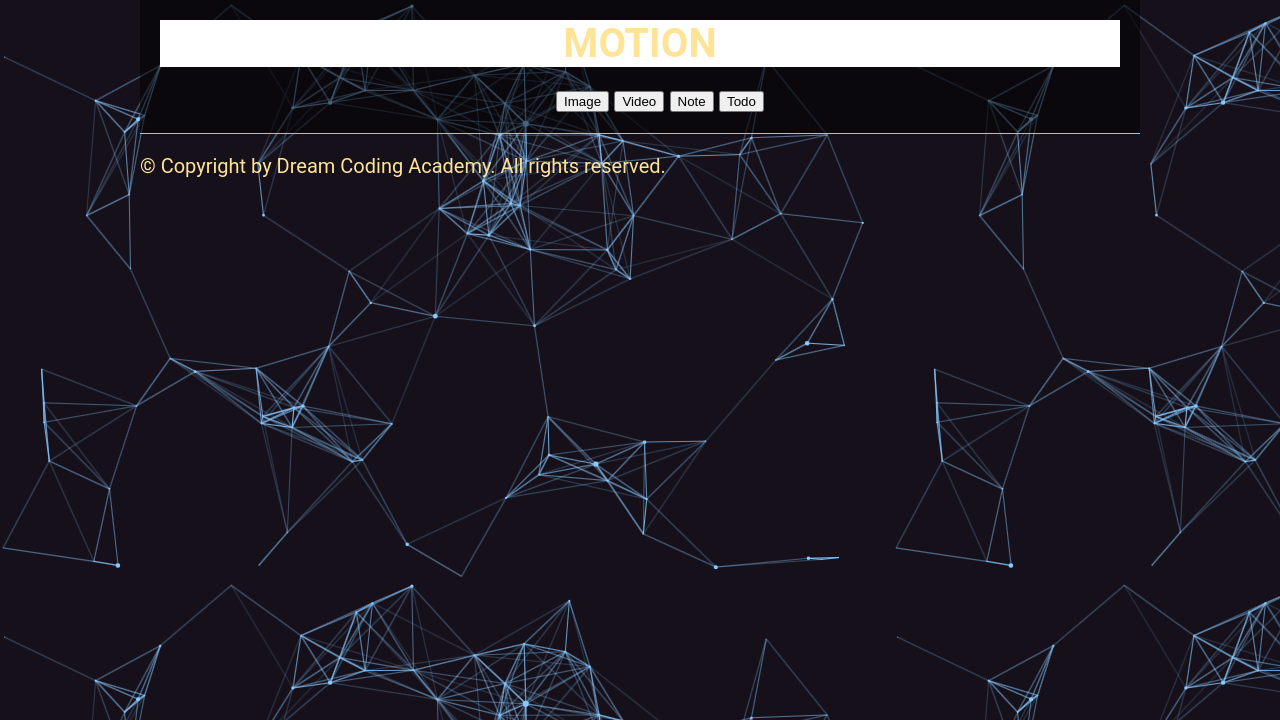
Repository: chefkuna/Motion
Page: index.html
An editor plug-in stored every save of this project. The page is shown before and after the next save, followed by the edit.
The browser window is 1280 px wide. The pictures show the whole page.

Above is the page before, as saved 2022-08-21 14:44:55.

### index.html
<!DOCTYPE html>
<html lang="en">
<head>
  <meta charset="UTF-8">
  <meta http-equiv="X-UA-Compatible" content="IE=edge">
  <meta name="viewport" content="width=device-width, initial-scale=1.0">
  <title>Motion</title>
  <link rel="stylesheet" href="./style/style.css">
  <script src='./dist/app.js' defer></script>
</head>
<body>
  <div class="app">
    <header class='banner'>
      <h1 class="banner__title">MOTION</h1>
      <ul class="control-panel">
        <li><button id='new-image' class="create-button">Image</button></li>
        <li><button id='new-video' class="create-button">Video</button></li>
        <li><button id='new-note' class="create-button">Note</button></li>
        <li><button id='new-todo' class="create-button">Todo</button></li>
      </ul>
    </header>
    <main class='document'></main>
    <footer class="footer">
      <p>© Copyright by Dream Coding Academy. All rights reserved.</p>
    </footer>
  </div>

</body>
</html>

### style/style.css
:root {
  --bg-main-color: #00000080;
  --bg-accent-color: #89c9ff;
  --accent-color: #1b98ff;
  --text-accent-color: #ffe498;
  --text-edit-bg-color: #575757;
  --border-color: #3f3f3f;
  --shadow-color: #202020;
  --document-bg-color: #68686850;
  --component-bg-gradient: radial-gradient(circle, #646464e6 0%, #363636e6 100%);
  --smokywhite: #dddbd8;
  --black: #000000;
  --translucent-black: #00000099;
}



li {
  list-style: none;
  padding-left: 0;
}

p {
  color: var(--text-accent-color);
}

body {
  background: url('../assets/background.png');
  font-family: Roboto, Oxygen, sans-serif;
  display: flex;
  justify-content: center;
  height: 100vh;
  overflow: auto;
  font-size: 1.25rem;
  margin: 0;
}

.app {
  width: 100%;
  max-width: 1000px;
  height: 100%;
  display: flex;
  flex-direction: column;
}

.banner {
  background-color: var(--bg-main-color);
  border-bottom: 1px solid var(--bg-accent-color);
  text-align: center;
}

.banner__title {
  background-color: #fff;
  color: var(--text-accent-color);
  margin: 20px;
  text-align: center;
}

.control-panel {
  display: flex;
  align-items: center;
  justify-content: center;
}

.create-button {
  margin: 0.1em 0.2em;
  text-align: center;
  user-select: none;
}

Loaded but not shown: dist/app.js (no copy from this time; the picture is the same without it)

After the next save:
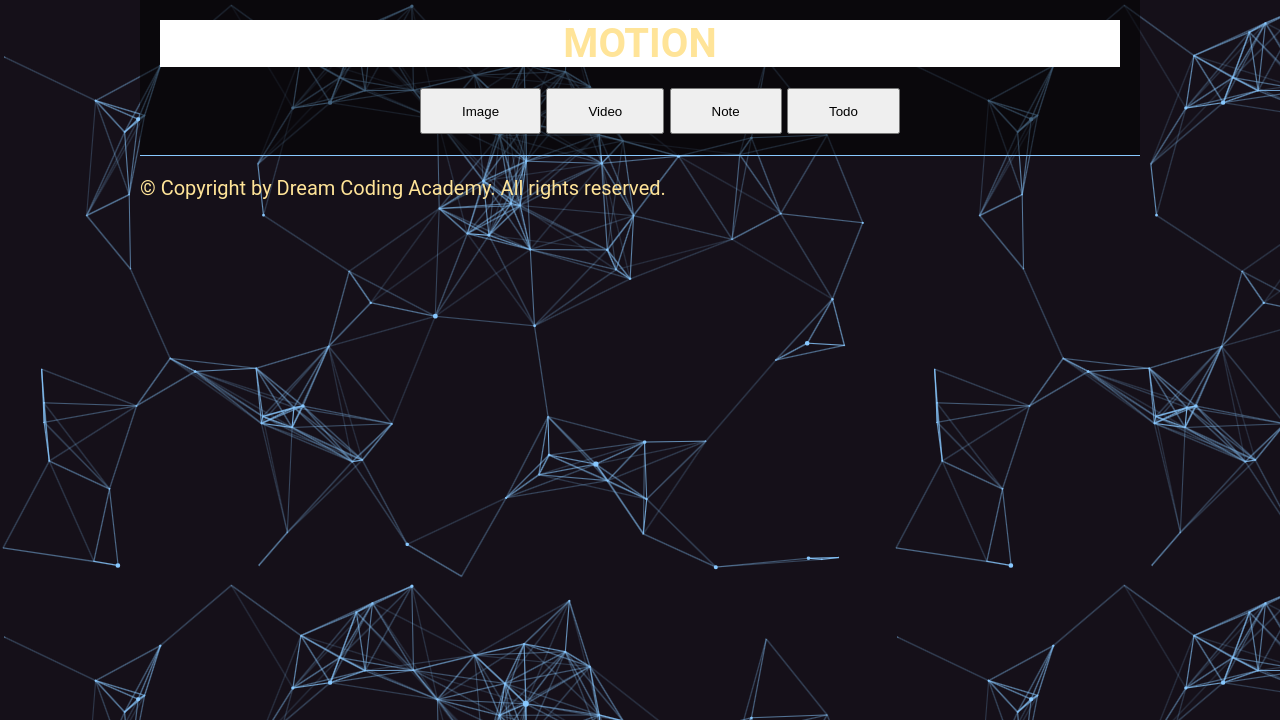
Saved 29 s later.
--- a/style/style.css
+++ b/style/style.css
@@ -66,4 +66,5 @@ body {
   margin: 0.1em 0.2em;
   text-align: center;
   user-select: none;
+  padding: 1em 3em;
 }
